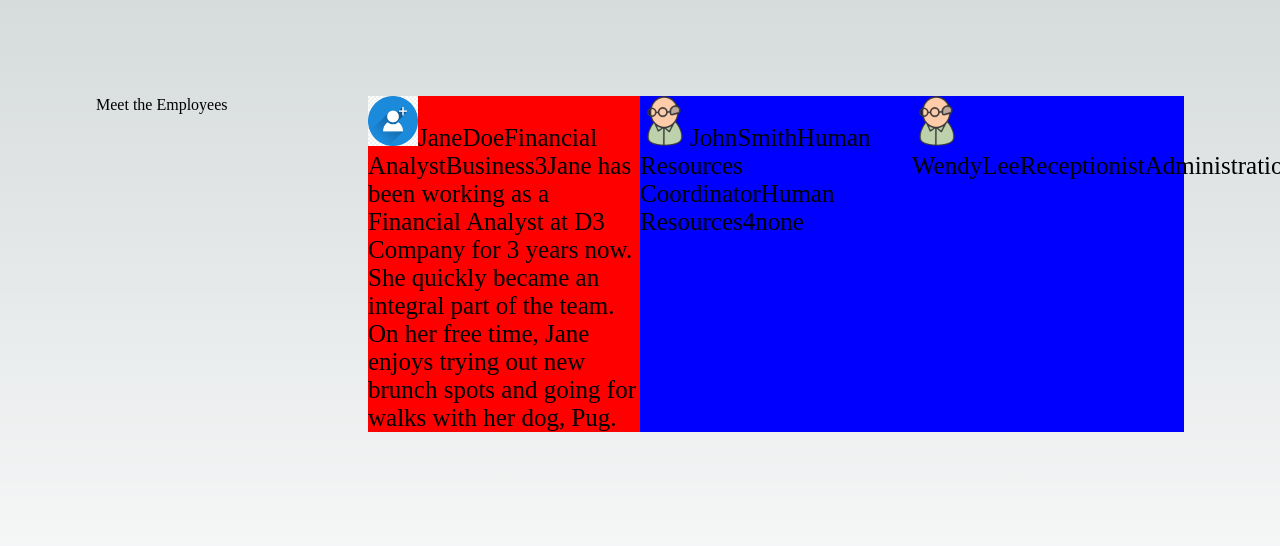
Repository: cheungglenda/MDIA2109-Week3
Page: /about
These files come from the project's save history. The page is drawn as it stood at one moment and after the next save; the edit follows.
The browser window is 1280 px wide. The pictures show the whole page.
The project was rebuilt for these pictures with package versions that can differ from the ones it lists, and the page was loaded fresh each time. The framework's server and built-in components were replaced by stand-ins that run in the browser. Also part of the build but not shown: next.config.js.

Above is the page before, as saved 2023-01-19 17:25:50.

After the next save:
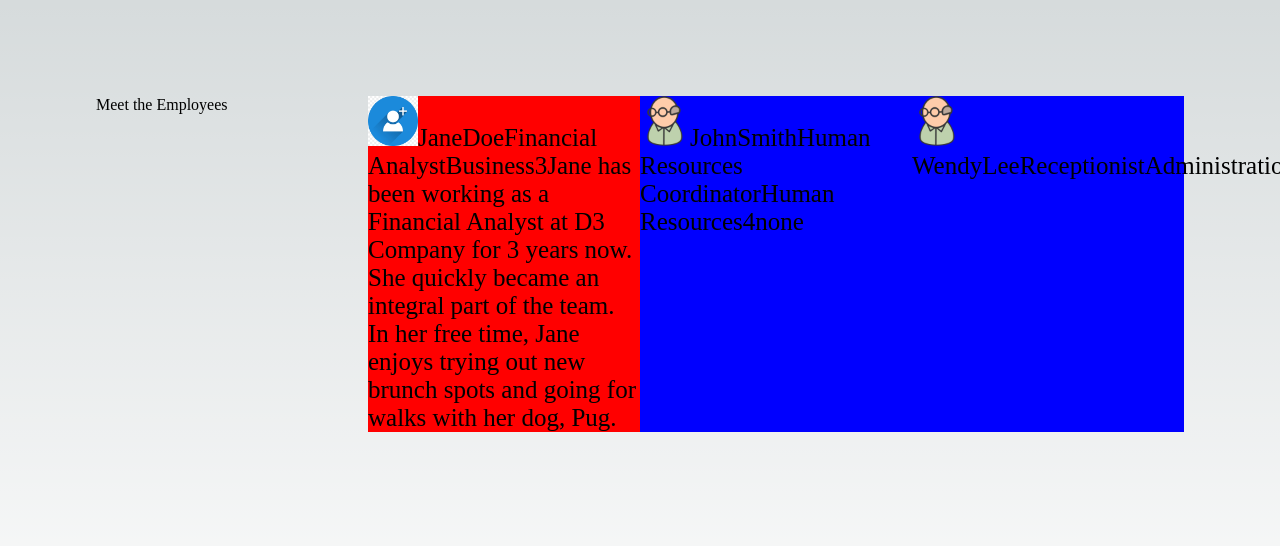
Saved 79 s later.
--- a/data/about.json
+++ b/data/about.json
@@ -5,7 +5,7 @@
         "department": "Business",
         "jobTitle": "Financial Analyst",
         "yearsWorked": 3,
-        "description": "Jane has been working as a Financial Analyst at D3 Company for 3 years now. She quickly became an integral part of the team. On her free time, Jane enjoys trying out new brunch spots and going for walks with her dog, Pug."
+        "description": "Jane has been working as a Financial Analyst at D3 Company for 3 years now. She quickly became an integral part of the team. In her free time, Jane enjoys trying out new brunch spots and going for walks with her dog, Pug."
     },
     {
         "firstName": "John",
@@ -13,7 +13,7 @@
         "department": "Human Resources",
         "jobTitle": "Human Resources Coordinator",
         "yearsWorked": 4,
-        "description": "Jane has been working as a Financial Analyst at D3 Company for 3 years now. She quickly became an integral part of the team. On her free time, Jane enjoys trying out new brunch spots and going for walks with her dog, Pug."
+        "description": "Since obtaining his CPHR certification, John has been working as a HR Coordinator at D3 Company. His efforts have helped the company's hiring process tremendously by streamlining efficency and helping pick out the best of the best candidates. Outside of work, John is an avid tennis player and enjoys watching his favourite baseball team, the Seattle Mariners."
 
     },
     {
